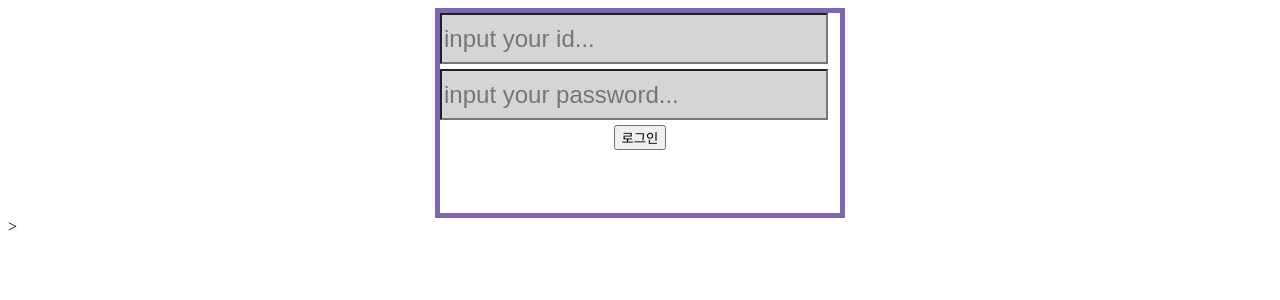
Repository: hyeong-jun-98/SL_front
Page: web0810/src/main/webapp/member/login_form.html
The author's editor kept a copy of each file at every save. The page is drawn from the files as they stood at one save, then again after the next save.
The browser window is 1280 px wide. The pictures show the whole page.

Above is the page before, as saved 2022-08-10 03:57:58.

After the next save:
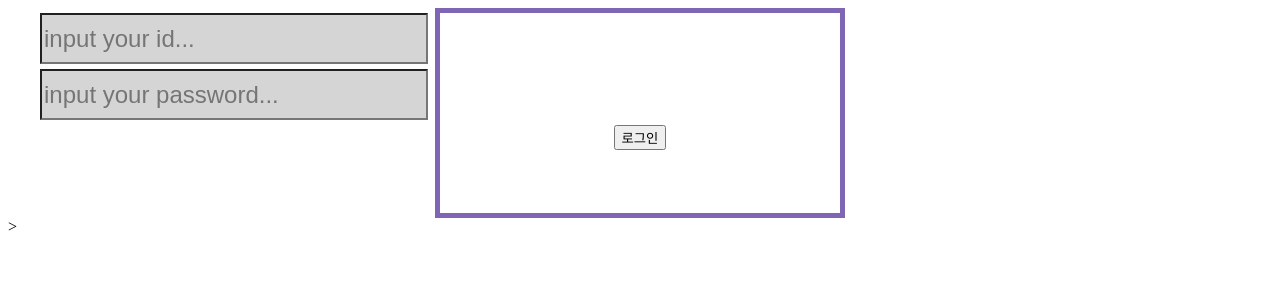
Saved 6 min 5 s later.
--- a/web0810/src/main/webapp/member/login_form.html
+++ b/web0810/src/main/webapp/member/login_form.html
@@ -53,7 +53,7 @@
                 "left": "0px"
             })
             $("#password").animate({
-                left: "0px"
+                "left": "0px"
             })
 
             $("button").click(function () {
@@ -67,11 +67,11 @@
 <body>
     <form>
         <div id="wrapper">
-            <div style="position: relative; left : -400px;" id="id">
-                <input type="text" placeholder="input your id..." name="user_id">
+            <div style="position: relative; left : -400px;">
+                <input type="text" placeholder="input your id..." name="user_id"  id="id">
             </div>
-            <div style="position:relative; left: -400px;" id ="password">
-                <input type="password" placeholder="input your password..." name="pass">
+            <div style="position:relative; left: -400px;">
+                <input type="password" placeholder="input your password..." name="pass"  id ="password">
             </div>
             <div style="text-align: center;">
                 <!-- html5에서 제공되는 button 요소는 내부적으로 자동 submit() 처리되어 있어서

After the 3 saves that followed:
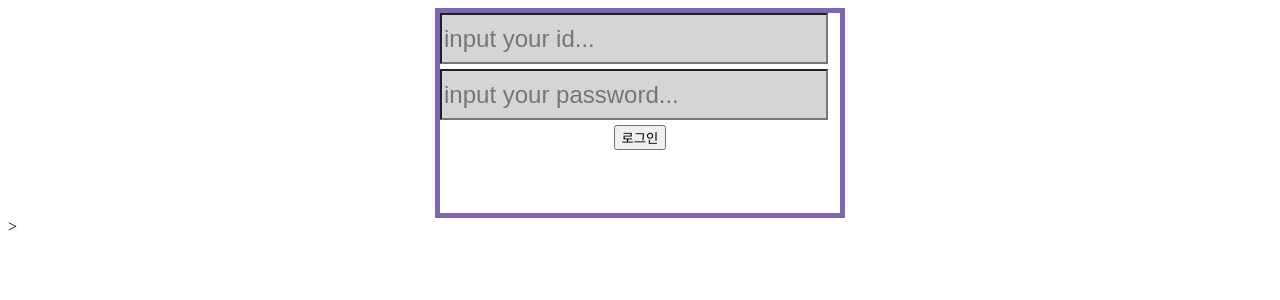
The 3 saves are shown as one change because 2 left the picture as it was.
The last was saved 3 min 0 s later.
--- a/web0810/src/main/webapp/member/login_form.html
+++ b/web0810/src/main/webapp/member/login_form.html
@@ -52,8 +52,9 @@
             $("#id").animate({
                 "left": "0px"
             })
+
             $("#password").animate({
-                "left": "0px"
+                "left" : "0px"
             })
 
             $("button").click(function () {
@@ -67,11 +68,11 @@
 <body>
     <form>
         <div id="wrapper">
-            <div style="position: relative; left : -400px;">
-                <input type="text" placeholder="input your id..." name="user_id"  id="id">
+            <div style="position: relative; left : -400px;" id="id">
+                <input type="text" placeholder="input your id..." name="user_id">
             </div>
-            <div style="position:relative; left: -400px;">
-                <input type="password" placeholder="input your password..." name="pass"  id ="password">
+            <div style="position:relative; left: -400px;" id ="password">
+                <input type="password" placeholder="input your password..." name="pass">
             </div>
             <div style="text-align: center;">
                 <!-- html5에서 제공되는 button 요소는 내부적으로 자동 submit() 처리되어 있어서
